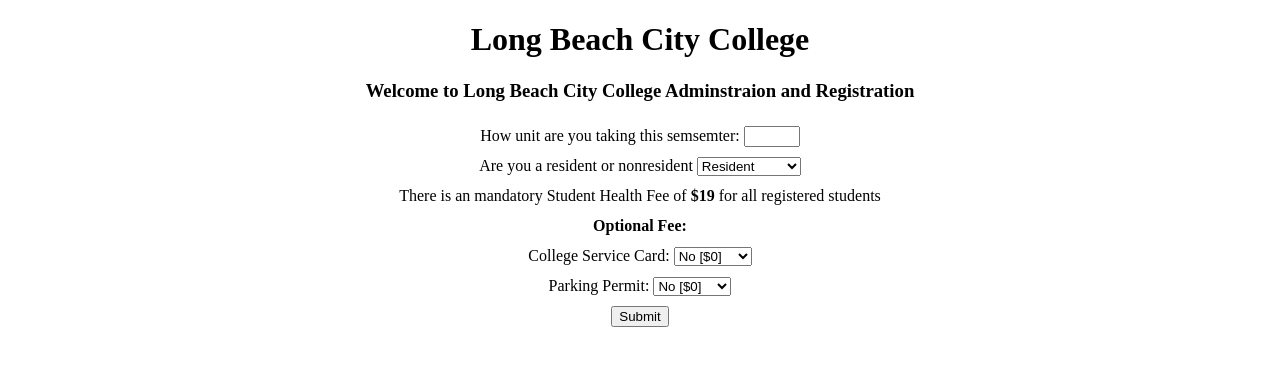
Repository: Lpanglb/COSW30
Page: Homework/HW3/tuition_calculator.html
The author's editor kept a record of every edit. The page is drawn from the files as they stood at one moment, then again after the next edit.
The browser window is 1280 px wide. The pictures show the whole page.

Above is the page before.

After the next edit:
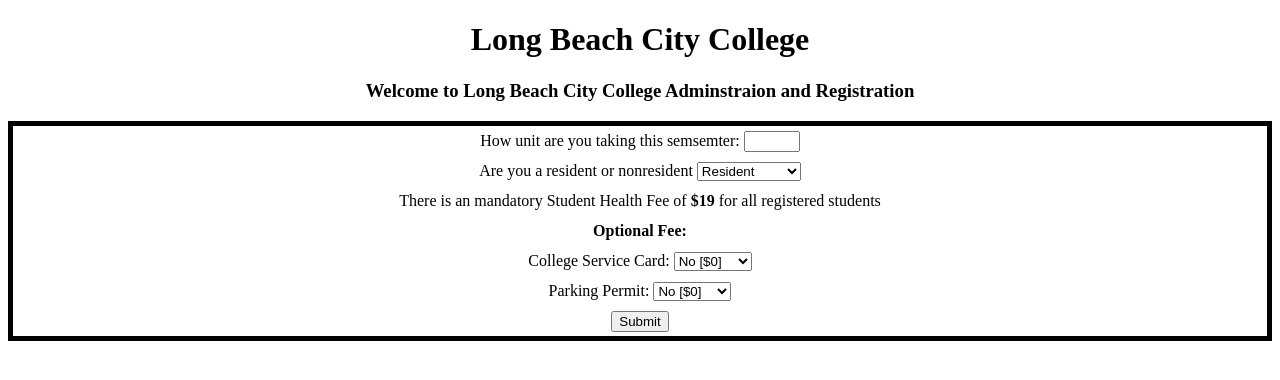
The edit:
--- a/Homework/HW3/tuition_calculator.html
+++ b/Homework/HW3/tuition_calculator.html
@@ -9,6 +9,10 @@
         form{
             text-align: center;
             line-height: 30px;
+        }
+        form{
+           border-style: solid;
+            border-width: 5px;
         }
 
     </style>
